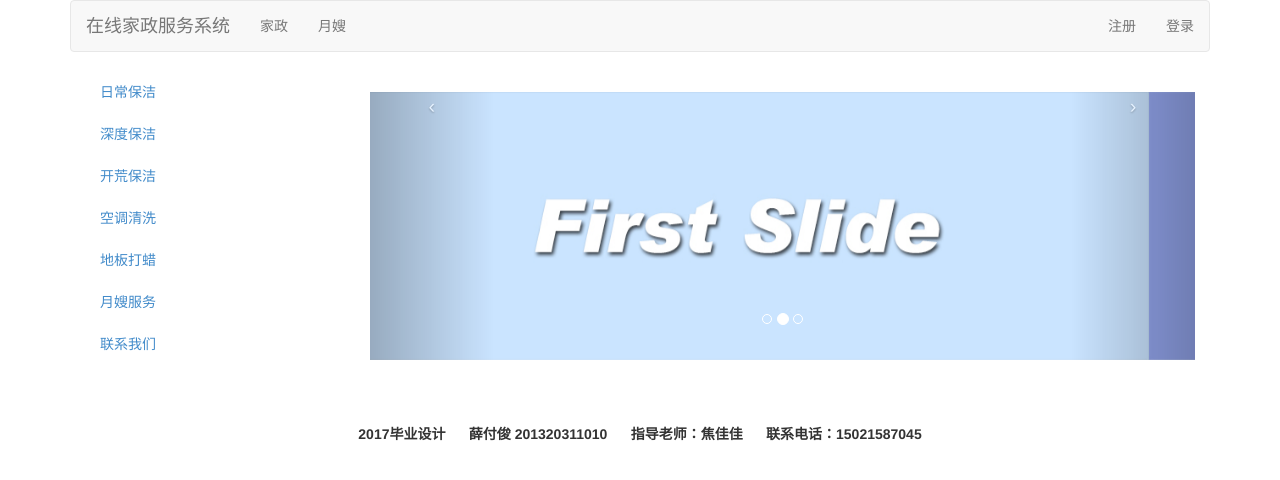
Repository: ELeonCXFJ/MyEclipseWS
Page: http://localhost/MyWeb/
These files come from the project's save history. The page is drawn as it stood at one moment and after the next save; the edit follows.
The browser window is 1280 px wide. The pictures show the whole page.
The page is served by Tomcat 9. Nobody is signed in. The application's start-up code is not run. Other server files are loaded and not shown.

Above is the page before, as saved 2017-03-21 04:44:21.

### MyWeb/WebRoot/index.jsp
<%@ page trimDirectiveWhitespaces="true" language="java" import="java.util.*" pageEncoding="UTF-8"%>
<%@ taglib prefix="c" uri="http://java.sun.com/jsp/jstl/core" %>

<!DOCTYPE html>
<html>
<head>
   <meta charset="utf-8">
   <title>在线家政服务系统主页</title>
   <script src="./vendor/jquery/jquery.min.js"></script>
   <script src="./vendor/bootstrap/js/bootstrap.min.js"></script>
   <link rel="stylesheet" href="./vendor/bootstrap/css/bootstrap.min.css" />

</head>
<body>

<div class="container">
	<div class="row clearfix">
	<c:import url="top.jsp" />
		<div class="col-lg-12 col-md-12 col-xs-12 col-sm-12">

		<div class="col-lg-3 col-md-3 col-xs-3 col-sm-3 center">
			<div></div>
				<ul class="nav nav-pills nav-stacked">
					<li><a href="<c:url value='/jsps/product/keeper/dailywork.jsp'/>">日常保洁</a></li>
					<li><a href="#">深度保洁</a></li>
					<li><a href="#">开荒保洁</a></li>
					<li><a href="#">空调清洗</a></li>
					<li><a href="#">地板打蜡</a></li>
					<li><a href="#">月嫂服务</a></li>
					<li><a href="#">联系我们</a></li>
				</ul>
		</div>

		<div class="col-lg-9 col-md-9 col-xs-9 col-sm-9 center">
		</br>
		<!-- 轮播组件开始---------------------------- -->
			<div id="myCarousel" class="carousel slide" data-ride="carousel" data-interval="5000">
	<!-- 轮播（Carousel）指标 -->
	<ol class="carousel-indicators">
		<li data-target="#myCarousel" data-slide-to="0" class="active"></li>
		<li data-target="#myCarousel" data-slide-to="1"></li>
		<li data-target="#myCarousel" data-slide-to="2"></li>
	</ol>
	<!-- 轮播（Carousel）项目 -->
	<div  class="carousel-inner">
		<div class="item active">
			<img width=100% src="<c:url value='/adv_img/slide1.jpg'/>" alt="First slide">
		</div>
		<div class="item">
			<img src="<c:url value='/adv_img/slide2.jpg'/>" alt="Second slide">
		</div>
		<div class="item">
			<img src="<c:url value='/adv_img/slide3.jpg'/>" alt="Third slide">
		</div>
	</div>
	<!-- 轮播（Carousel）导航 -->
	<a class="carousel-control left" href="#myCarousel"
	   data-slide="prev">&lsaquo;</a>
	<a class="carousel-control right" href="#myCarousel"
	   data-slide="next">&rsaquo;</a>
			</div>
		<!-- 轮播组件结束---------------------------- -->
		</div>
		</div>
	</div>

	</div>
	<c:import url="bottom.jsp"></c:import>
</body>
</html>

### MyWeb/WebRoot/top.jsp
<%@ page language="java" import="java.util.*" pageEncoding="UTF-8"%>
<%@ taglib prefix="c" uri="http://java.sun.com/jsp/jstl/core" %>

<!DOCTYPE html>
<html>
<head>
   <meta charset="utf-8">
   <title>导航栏</title>
</head>
<body>

<div class="container" align="center">
	<div class="row clearfix">
		<div class="col-lg-12 col-md-12 col-xs-12 col-sm-12">
			<nav class="navbar navbar-default" role="navigation">
				<div class="navbar-header">
					 <button type="button" class="navbar-toggle" data-toggle="collapse" data-target="#bs-example-navbar-collapse-1"> <span class="sr-only">Toggle navigation</span><span class="icon-bar"></span><span class="icon-bar"></span><span class="icon-bar"></span></button> <a class="navbar-brand" href="<c:url value='/index.jsp'/>">在线家政服务系统</a>
				</div>
				<div class="collapse navbar-collapse" id="bs-example-navbar-collapse-1">
					<ul class="nav navbar-nav">
						<li >
							 <a href="#">家政</a>
						</li>
						<li>
							 <a href="#">月嫂</a>
						</li>
					</ul>
					<ul class="nav navbar-nav navbar-right">
					<c:choose>
						<c:when test="${empty sessionScope.sessionUser }">
							<li>
								 <a href="<c:url value='/jsps/user/register.jsp'/>">注册</a>
							</li>
							<li>
								<a href="<c:url value='/jsps/user/login.jsp' />">登录</a>
							</li>
						</c:when>

						<c:otherwise>
							<li>
								 <a href="<c:url value='/OrderServlet?method=getMyOrder'/>">我的订单</a>
							</li>
							<li>
								 <a href="<c:url value='/jsps/user/pwd.jsp'/>">修改密码</a>
							</li>
							<li>
								 <a href="#">购物车</a>
							</li>
							<li>
								<a href="<c:url value="/UserServlet?method=exit"/>">退出</a>
							</li>
						</c:otherwise>
					</c:choose>
					</ul>
				</div>
			</nav>
		</div>
	</div>
</div>
</body>

### MyWeb/WebRoot/bottom.jsp
<%@ page language="java" import="java.util.*" pageEncoding="UTF-8"%>
<%@ taglib prefix="c" uri="http://java.sun.com/jsp/jstl/core" %>

<!DOCTYPE html>
<html>
<head>
   <meta charset="utf-8">
   <title>页脚</title>
   <link rel="stylesheet" href="./vendor/bootstrap/css/bootstrap.min.css">
   <script src="./vendor/bootstrap/js/bootstrap.min.js"></script>
</head>
<body>

	<div align="center">
		<label for=“bottom"></br></br></br>2017毕业设计&nbsp;&nbsp;&nbsp;&nbsp;&nbsp;&nbsp;薛付俊 201320311010&nbsp;&nbsp;&nbsp;&nbsp;&nbsp;&nbsp;指导老师：焦佳佳&nbsp;&nbsp;&nbsp;&nbsp;&nbsp;&nbsp;联系电话：15021587045</label>
	</div>
	<div style="display:none;">
		<label for="hide">bootstrapvalidator引用自：https://github.com/nghuuphuoc/bootstrapvalidator</label>
	</div>
</body>

After the next save:
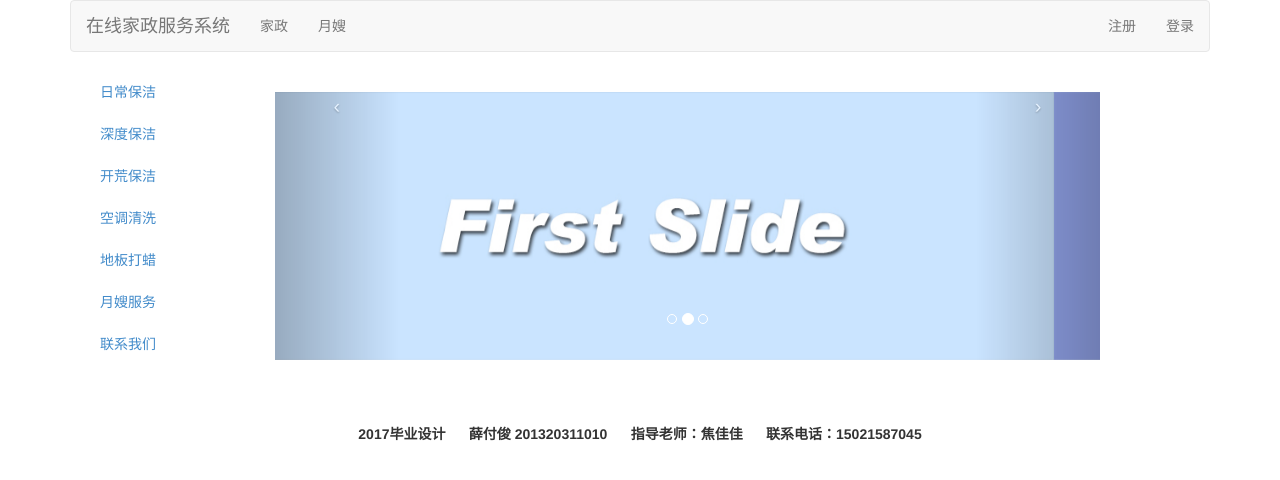
Saved 34 s later.
--- a/MyWeb/WebRoot/index.jsp
+++ b/MyWeb/WebRoot/index.jsp
@@ -18,7 +18,7 @@
 	<c:import url="top.jsp" />
 		<div class="col-lg-12 col-md-12 col-xs-12 col-sm-12">
 
-		<div class="col-lg-3 col-md-3 col-xs-3 col-sm-3 center">
+		<div class="col-lg-2 col-md-2 col-xs-2 col-sm-2 center">
 			<div></div>
 				<ul class="nav nav-pills nav-stacked">
 					<li><a href="<c:url value='/jsps/product/keeper/dailywork.jsp'/>">日常保洁</a></li>
